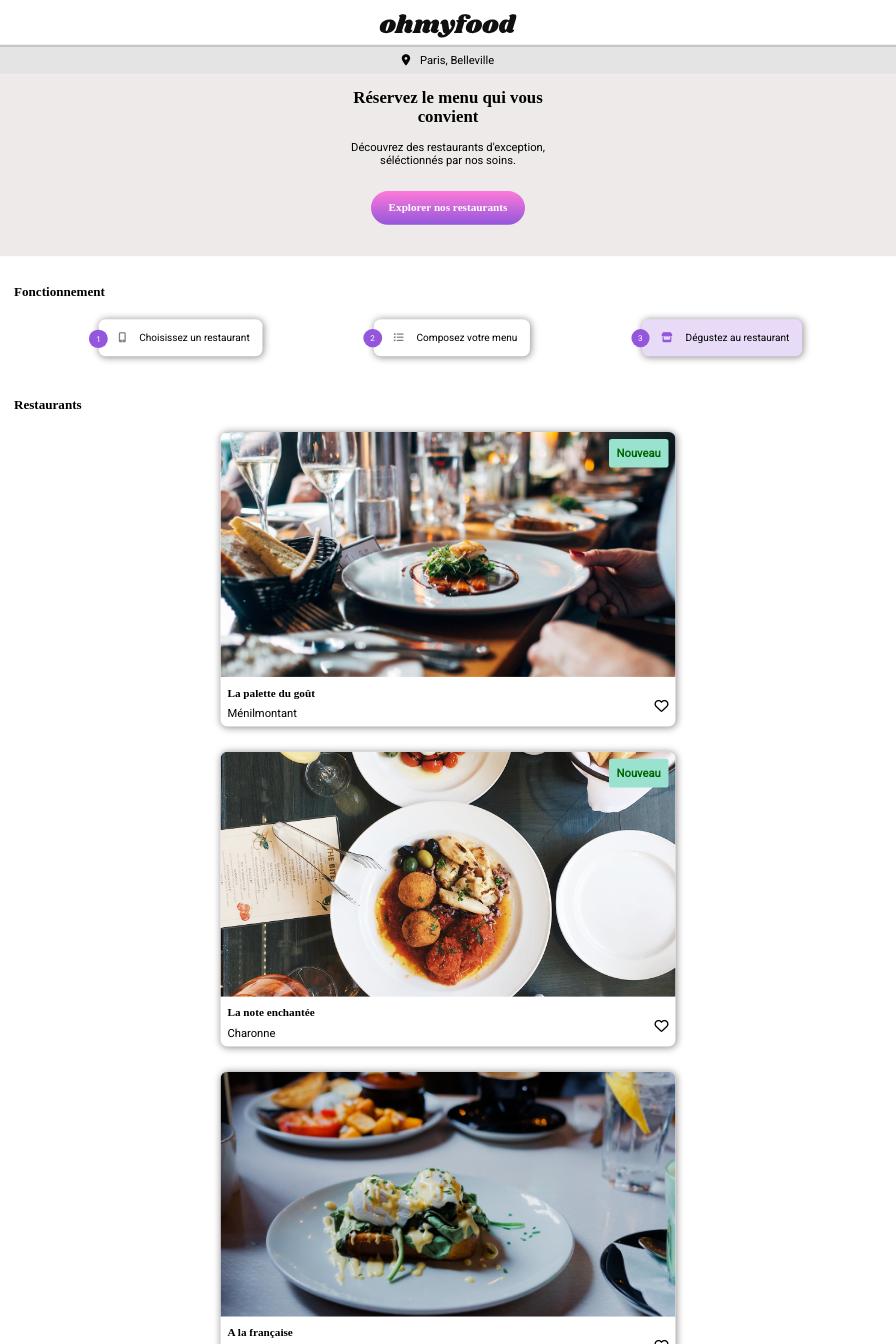
Repository: Micka-17/boimickael_3_16042021
Page: index.html
The author's editor kept a copy of each file at every save. The page is drawn from the files as they stood at one save, then again after a run of saves.
The browser window is 1280 px wide. The pictures show the part of the page from y = 0 to 1920 px (the page is 2618 px tall), at 70% of full size.
Some web fonts or font styles are not loaded; a fallback is used. Some web libraries are served in a nearby version. The style sheet was rebuilt from its Sass, Less or Tailwind sources for each picture, by a compiler version that may differ from the author's.

Above is the page before, as saved 2021-05-26 09:58:13.

### index.html
<!DOCTYPE html>
<html lang="en">
  <head>
    <meta charset="UTF-8" />
    <meta http-equiv="X-UA-Compatible" content="IE=edge" />
    <meta name="viewport" content="width=device-width, initial-scale=1.0" />
    <link rel="stylesheet" href="css/style.css" />
    <script
      src="https://kit.fontawesome.com/7f2b024bdc.js"
      crossorigin="anonymous"
    ></script>
    <title>OhMyFood</title>
  </head>
  <body>
    <div id="backgroundloader">
      <div id="loader"></div>
    </div>
    <header>
      <div id="logo">
        <img src="images/logo/ohmyfood@2x.svg" alt="OhMyFood" />
      </div>
    </header>
    <section id="sec-1">
      <div id="top">
        <div id="paris">
          <p><i class="fas fa-map-marker-alt icon"></i> Paris, Belleville</p>
        </div>
        <div id="reservation">
          <h2 id="center-top1">Réservez le menu qui vous convient</h2>
          <p id="center-top2">
            Découvrez des restaurants d'exception, séléctionnés par nos soins.
          </p>
          <a id="btn" href="#sec-3">Explorer nos restaurants</a>
        </div>
      </div>
    </section>
    <section id="sec-2">
      <div class="fonctionnement">
        <h3 class="h3s">Fonctionnement</h3>
        <ul class="bolder">
          <li>
            <i class="fas fa-mobile-alt icon-top"></i> Choisissez un restaurant
            <p id="number1">1</p>
          </li>
          <li>
            <i class="fas fa-list-ul icon-top"></i> Composez votre menu
            <p id="number2">2</p>
          </li>
          <li id="li-3">
            <i class="fas fa-store icon-top-purple"></i> Dégustez au restaurant
            <p id="number3">3</p>
          </li>
        </ul>
      </div>
    </section>
    <section id="sec-3">
      <h3 class="h3s">Restaurants</h3>
      <div class="choice">
        <a href="pages/la_palette_du_gout.html">
          <div class="card">
            <p class="nouveau">Nouveau</p>
            <img
              id="new"
              class="imga"
              src="images/restaurants/la_palette_du_gout.jpg"
              alt="la_palette_du_gout"
            />
            <div class="resto">
              <div>
                <h4>La palette du goût</h4>
                <p class="space">Ménilmontant</p>
              </div>
              <div class="loveclcik">
                <i class="far fa-heart love fa-lg"></i>
                <i class="fas fa-heart loves3"></i>
              </div>
            </div>
          </div>
        </a>
        <a href="pages/la_note_enchantee.html">
          <div class="card">
            <p class="nouveau">Nouveau</p>
            <img
              class="imga"
              src="images/restaurants/la_note_enchantee.jpg"
              alt="la_note_enchantee"
            />
            <div class="resto">
              <div>
                <h4>La note enchantée</h4>
                <p class="space">Charonne</p>
              </div>
              <div class="loveclcik">
                <i class="far fa-heart love fa-lg"></i>
                <i class="fas fa-heart loves3"></i>
              </div>
            </div>
          </div>
        </a>
        <a href="pages/a_la_francaise.html">
          <div class="card">
            <img
              class="imga"
              src="images/restaurants/a_la_française.jpg"
              alt="a_la_française"
            />
            <div class="resto">
              <div>
                <h4>A la française</h4>
                <p class="space">Cité Rouge</p>
              </div>
              <div class="loveclcik">
                <i class="far fa-heart love fa-lg"></i>
                <i class="fas fa-heart loves3"></i>
              </div>
            </div>
          </div>
        </a>
        <a href="pages/le_delice_des_sens.html">
          <div class="card">
            <img
              class="imga"
              src="images/restaurants/le_delice_des_sens.jpg"
              alt="le_delice_des_sens"
            />
            <div class="resto">
              <div>
                <h4>Le delice des sens</h4>
                <p class="space">Folie-Méricourt</p>
              </div>
              <div class="loveclcik">
                <i class="far fa-heart love fa-lg"></i>
                <i class="fas fa-heart loves3"></i>
              </div>
            </div>
          </div>
        </a>
      </div>
    </section>
    <section class="end">
      <footer>
        <div>
          <h3 id="logo-white">ohmyfood</h3>
          <div class="end-ul">
            <p>
              <i class="fas fa-utensils icon-footer"></i> Proposer un restaurant
            </p>
            <p>
              <i class="fas fa-hands-helping icon-footer"></i> Devenir
              partenaire
            </p>
            <p>Mentions légales</p>
            <a id="contact" href="mailto:contact@ohmyfood.com"
              ><p>Contact</p></a
            >
          </div>
        </div>
      </footer>
    </section>
  </body>
</html>

### sass/style.scss
@import "./directories/Utils/variables-mixin";
@import "./directories/Base/main.scss";



ul {
    font-family: 'Roboto', sans-serif;
    font-size: 0.9em;
    @media (min-width: 430px) {
        max-width: 450px;
    }
        @media (min-width: 1000px) {
            display: flex;
            min-width: 100%;
            justify-content: space-evenly;
        }
}

/*#backgroundloader {
    position: absolute;
    top: 0;
    left: 0;
    background-color: $color3;
    min-width: 100%;
    height: 100vh;
    animation: loader2 3s;
    animation-fill-mode: both;
    animation-timing-function: step-end;
  }
#loader {
    position: absolute;
    height: 70px;
    top: 50%;
    right: 50%;
    bottom: 50%;
    left: 50%;
    width: 64px;
    height: 64px;
    border-radius: 50%;
    border: 6px solid rgb(255, 255, 255);
    border-color: $color1 transparent $color2 transparent;
    animation: dual-ring 0.8s infinite, loader 3s;
    animation-delay: 0.2s;
    animation-fill-mode: both;
  }
*/
#contact {
    color: white;
}

.spacediv p {
    font-family: 'Roboto', sans-serif;
    text-overflow: ellipsis;
    overflow: hidden;
    white-space: nowrap;
}

#logo {
    display: flex;
    justify-content: center;
    margin-top: 20px;
    margin-bottom: 10px;
}

#paris {
    display: flex;
    justify-content: center;
    border-top: solid 3px rgba(128, 128, 128, 0.301);
    min-width: 321px;
    padding-top: 10px;
    padding-bottom: 10px;
    background-color: rgba(128, 128, 128, 0.212);
        .icon {
            margin-right: 10px;
        }
}

#reservation {
    display: flex;
    justify-content: center;
    flex-direction: column;
    place-items: center;
    background-color: rgb(238, 234, 234);
    padding-bottom: 45px;
        #btn {
            @include btn();
                &:hover {
                    filter: brightness(1.10);
                    box-shadow: 0px 0px 10px 5px gray;
                }
        }
}

#center-top1 {
    text-align: center;
    margin-top: 20px;
    max-width: 350px;
}

#center-top2 {
    margin-top: 20px;
    margin-bottom: 20px;
    text-align: center;
    max-width: 350px;
}


.icon-top {
    color: gray;
    margin-right: 15px;
    margin-left: 10px;
}

.icon-top-purple {
    color: $color1;
    margin-right: 15px;
    margin-left: 10px;
}

#li-3 {
    background-color: #9256dc36;
}

li { position: relative;
    background-color: #ffffff;
    border-radius: 10px;
    padding: 18px;
    margin: 18px;
    margin-left: 25px;
    box-shadow: 1px 1px 10px 1px rgb(151, 145, 145);
        #number1 {
            position: absolute;
            top: 15px;
            left: -14px;
            background-color: $color1;
            border-radius: 50px;
            padding: 6px 10px;
            font-size: 0.8em;
            color: white;
        }
            #number2 {
                position: absolute;
                top: 14px;
                left: -15px;
                background-color: $color1;
                border-radius: 50px;
                padding: 6px 10px;
                font-size: 0.8em;
                color: white;
            }
                #number3 {
                    position: absolute;
                    top: 14px;
                    left: -15px;
                    background-color: $color1;
                    border-radius: 50px;
                    padding: 6px 10px;
                    font-size: 0.8em;
                    color: white;
                }
}
.space {
    margin-top: 10px;
    margin-bottom: 10px;
}
.card {
    background-color: #ffffff;
    border-radius: 10px;
    padding: 0px;
    margin: 18px;
    box-shadow: 1px 1px 10px 1px rgb(151, 145, 145);
    max-width: 100%;
}
.imga {
    object-fit: cover;
    border-radius: 10px 10px 0px 0px;
    width: 650px;
    height: 350px;
        @media (max-width:900px) {
            max-width: 100%;
        }
            @media (max-width:500px) {
                max-width: 100%;
            }
}
.card {
    position: relative;
}
.nouveau {
    position: absolute;
    padding: 0.7rem;
    border-radius: 0.25rem;
    color: darkgreen;
    font-weight: bold;
    right: 10px;
    top: 10px;
    background-color: #99e2d0;
}

.h3s {
    margin: 40px 0px 10px 20px;

}

.choice {
    display: flex;
    flex-direction: column;
    place-items: center;
    flex-wrap: wrap;
        .resto {
            display: flex;
            justify-content: space-between;
            align-items: center;
            margin: 10px;
        }
            @media (min-width: 630px) {
                flex-wrap: wrap;
                flex-direction: row;
                justify-content: center;
            }
                @media (min-width: 1350px) {
                    display: grid;
                    grid-template-rows: 50% 50%;
                    grid-template-columns: 50% 50%;
                }
}


footer {
    margin-top: 30px;
    padding: 10px;
    background-color: rgb(54, 54, 54);
    color: white;
        #logo-white {
            font-family: 'Shrikhand', cursive;
            font-weight: 300;
            margin-bottom: 15px;
            margin-left: 20px;
            margin-top: 10px;
        }
            li {
                background-color: transparent;
                border-radius: 0;
                padding: 5px;
                margin-left: 20px;
                box-shadow: none;
                display: flex;
                margin-top: 5px;
                margin-bottom: 5px;
            }
                .icon-footer {
                    max-width: 2px;
                    max-height: 2px;
                    margin-right: 25px;
                }
                    @media (min-width:1000px) {
                        padding: 40px;
                    }
}


//pages 2

.img-top {
    min-width: 100%;
    max-height: 510px;
}

.arrow {
    position: absolute;
    left: 20px;
    top: 30px;
    color: rgba(0, 0, 0, 0.801);
}
#margtitle {
    margin-left: 15px;
    max-width: 220px;
}
img {
    object-fit: cover;
}
.titlemargall {
    margin-top: 30px;
    margin-left: 15px;
    border-bottom: solid rgba(55, 224, 55, 0.541);
    max-width: 30px;
}
#middle {
    position: absolute;
    top: 240px;
    min-width: 100%;
    min-height: 980px;
    background-color: rgb(231, 229, 229);
    border-radius: 20px 20px 0px 0;
    padding-top: 30px;
     .entrees {
        @include centre();
        @include capsule();
     }
        .bold {
            font-weight: bold;
            font-size: 1em;
        }
        .bolder {
            font-weight: bold;
            font-size: 0.6m;
                @media (min-width: 1000px) {
                    margin: 15px;
                }
        }
            p {
                font-size: 0.7em;
            }
                .loves1 {
                    position: absolute;
                    right: 15px;
                    color: gray
                }
}

.loves2 {
    display: none;
    opacity: 0;
    background: linear-gradient(0deg,#9356dc,#ff79da);
    background-clip: text;
    -webkit-background-clip: text;
    -moz-background-clip: text;
    -webkit-text-fill-color: transparent;
    position: absolute;
    right: 15px;
}
#margtitle:hover .loves2 {
    animation: fadeout;
    opacity: 1;
    animation-duration: .5s;
    display: inline-block;
    justify-content: center;
}

.loves3 {
    display: none;
    opacity: 0;
    background: linear-gradient(0deg,#9356dc,#ff79da);
    background-clip: text;
    -webkit-background-clip: text;
    -moz-background-clip: text;
    -webkit-text-fill-color: transparent;
    position: absolute;
    right: 9px;
    bottom: 18px;
}
.loveclcik:hover .loves3 {
    animation: fadeout2;
    opacity: 1;
    animation-duration: .5s;
    display: inline-block;
    justify-content: center;
    font-size: 1.5em;
}

#entrees {
    animation: slideup 1s;
    animation-duration: 1s;
}
#plats {
    animation: slideup 1s;
    animation-duration: 5s;
}
#desserts {
    animation: slideup 1s;
    animation-duration: 8s;
}


.entrees, .plats, .desserts {
    cursor: pointer;
        @media (max-width:321px) {
            width: 300px;
        }
        @media (max-width:378px) {
            max-width: 100%;
        }
        @media (max-width:414px) {
            max-width: 100%;
        }
        @media (min-width: 1000px) {
            min-width: 30%;
            min-height: 90px;
            width: 100%;
        }
}

.spacediv {
    width: 100%;
    overflow: hidden;
    @include spacediv();
        @media (min-width: 1000px) {
            justify-content: space-evenly;
        }
}
.plats {
    @include capsule();
    @include centre();
}
.desserts {
    @include capsule();
    @include centre();
}

.responsive {
    @media (min-width: 1000px) {
        display: flex;
        justify-content: center;
    }
}

.responsive-entrees {
    @media (min-width: 1000px) {
        display: flex;
        justify-content: center;
        flex-wrap: wrap;
    }
}

#btnp2 {
    @include btn();
    margin-top: 40px;
        &:hover {
            filter: brightness(1.10);
            box-shadow: 0px 0px 10px 5px gray;
        }
         @media (min-width: 1000px) {
            margin-top: 150px;
         }
}

#placement-btn {
    display: flex;
    justify-content: center;
    place-items: center;
}

.end1 {
    position: absolute;
    top: 1151px;
    min-width: 100%;
}

.end {
    position: absolute;
    min-width: 100%;
}

.end-ul {
        @media (min-width: 430px) {
        max-width: 450px;
    }
        @media (min-width: 1000px) {
            display: flex;
            min-width: 100%;
            flex-direction: row;
            justify-content: space-evenly;
        }
}

.end-ul p {
    margin: 8px;
}

//page la note enchantee

 .align-price{
    display: flex;
    align-items: flex-end;
    margin-bottom: 8px;
    margin-right: 8px;
}

.check {
    width: 0px;
    transition-duration: 1s;
    font-size: 1.5em;
     & i {
        display: none;
        place-items: center;
        color: white;
     }
}

.entrees:hover .check {
    width: 90px;
    height: 51px;
    background-color: $color3;
    display: flex;
    justify-content: center;
    border-radius: 0 20% 20% 0;
        @media (max-width: 1000px) {
            width: 65px;
        }
            & .rotation {
                display: flex;
                place-items: center;
            }
                & .rond {
                    display: flex;
                    place-items: center;
                    transform-origin: center;
                    animation: spin;
                    animation-duration: 1s;
                }
                    @media (min-width: 1000px) {
                        height: 90px;
                        border-radius: 0 10% 10% 0;
                    }
}


.plats:hover .check {
    width: 90px;
    height: 51px;
    background-color: $color3;
    display: flex;
    justify-content: center;
    border-radius: 0 20% 20% 0;
        @media (max-width: 1000px) {
            width: 65px;
        }
            & .rotation {
                display: flex;
                place-items: center;
            }
                & .rond {
                    display: flex;
                    place-items: center;
                    transform-origin: center;
                    animation: spin;
                    animation-duration: 1s;
                }
                    @media (min-width: 1000px) {
                        height: 90px;
                        border-radius: 0 10% 10% 0;
                    }
}

.desserts:hover .check {
    width: 90px;
    height: 51px;
    background-color: $color3;
    display: flex;
    justify-content: center;
    border-radius: 0 20% 20% 0;
        @media (max-width: 1000px) {
            width: 65px;
        }
            & .rotation {
                display: flex;
                place-items: center;
            }
                & .rond {
                    display: flex;
                    place-items: center;
                    transform-origin: center;
                    animation: spin;
                    animation-duration: 1s;
                }
                    @media (min-width: 1000px) {
                        height: 90px;
                        border-radius: 0 10% 10% 0;
                    }
}

### sass/directories/Utils/_variables-mixin.scss
$color1: #9356DC;
$color2: #FF79DA;
$color3: #99E2D0;

@mixin centre {
    display: flex;
    justify-content: space-between;
}

@mixin capsule {
    background-color: whitesmoke;
    border-radius: 10px;
    box-shadow: 1px 1px 10px 1px rgb(226, 226, 226);
    margin: 10px;
    overflow: hidden;
}
 @mixin spacediv {
    min-height: 35px;
    display: flex;
    flex-direction: column;
    justify-content: space-between;
    padding: 8px;
 }
@mixin btn {
    background: linear-gradient($color2, $color1);
    border-radius: 50px;
    border: none;
    box-shadow: gray;
    color: white;
    font-weight: bold;
    max-width: 200px;
    min-width: 200px;
    margin-top: 15px;
    padding: 15px 10px;
    text-align: center;
    text-decoration: none
}

@keyframes fadein {
    from {
        transform: scaleX(0);
    }

    to {
        transform: scaleX(1);
    }
}

@keyframes fadeout {
    from {
        transform: scaleY(0);
    }

    to {
        transform: scaleY(1);
    }
}
@keyframes fadeout2 {
    from {
        transform: scale(0);
    }

    to {
        transform: scale(1.5);
    }
}

@keyframes spin {
    from {
        transform: rotate(0deg);
    } to {
        transform: rotate(360deg);
    }
}

@keyframes slideup {
    from {
        transform: translateY(50px);
        opacity: 0;
    }
    to {
        transform: translateY(0px);
        opacity: 1;
    }
}


 @keyframes dual-ring {
    0% {
      transform: rotate(0deg);
      opacity: 100%;
    }
    50% {
        transform: rotate(180deg);
        opacity: 10%;
      }
    100% {
      transform: rotate(360deg);
      opacity: 100%;
    }
  }

@keyframes loader {
    0% {
    opacity: 100%;
    }
    99% {
        opacity: 100%;
    }
    100% {
        opacity: 100%;
    }
}

@keyframes loader2 {
    0% {
    opacity: 100%;
    z-index: 9999;
    }
    99% {
        opacity: 0;
        z-index: -1000;
    }
    100% {
        opacity: 0;
        z-index: -1000;
    }
}

### sass/directories/Base/main.scss
@import url('https://fonts.googleapis.com/css2?family=Roboto&family=Shrikhand&display=swap');

* {
    margin: 0;
    padding: 0;
    text-decoration: none;
    list-style-type: none;
}
#margtitle {
    font-family: Shrikhand;
    font-weight: 100;
    font-size: 1.2em;
}
p {
    font-family: 'Roboto', sans-serif;
}
a {
    text-decoration: none;
    list-style: none;
    color: rgb(0, 0, 0);
}

After the next 2 saves:
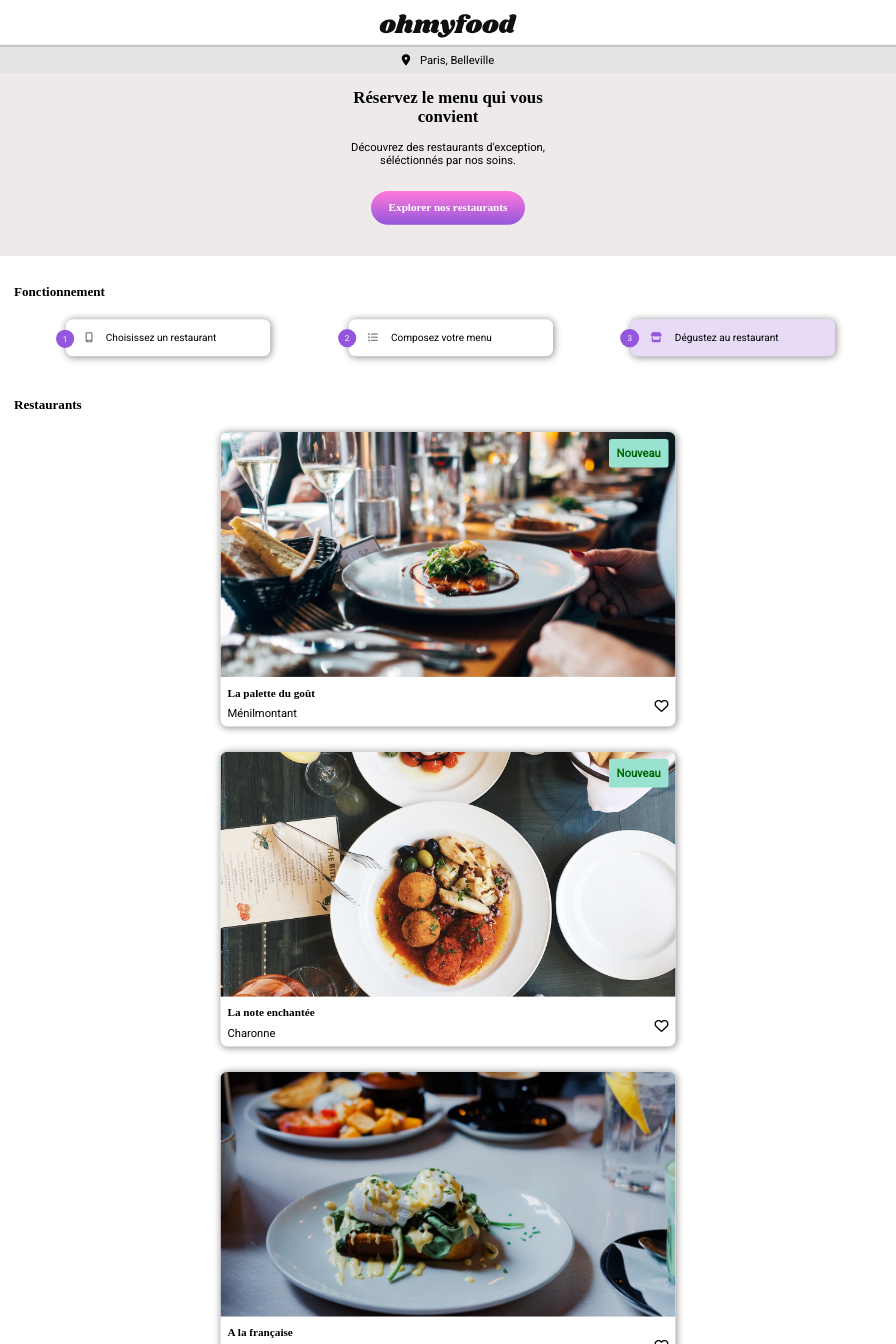
The 2 saves are shown as one change because they came seconds apart.
The last was saved 3 min 38 s later.
--- a/sass/style.scss
+++ b/sass/style.scss
@@ -128,6 +128,7 @@ li { position: relative;
     margin: 18px;
     margin-left: 25px;
     box-shadow: 1px 1px 10px 1px rgb(151, 145, 145);
+    min-width: 20%;
         #number1 {
             position: absolute;
             top: 15px;
